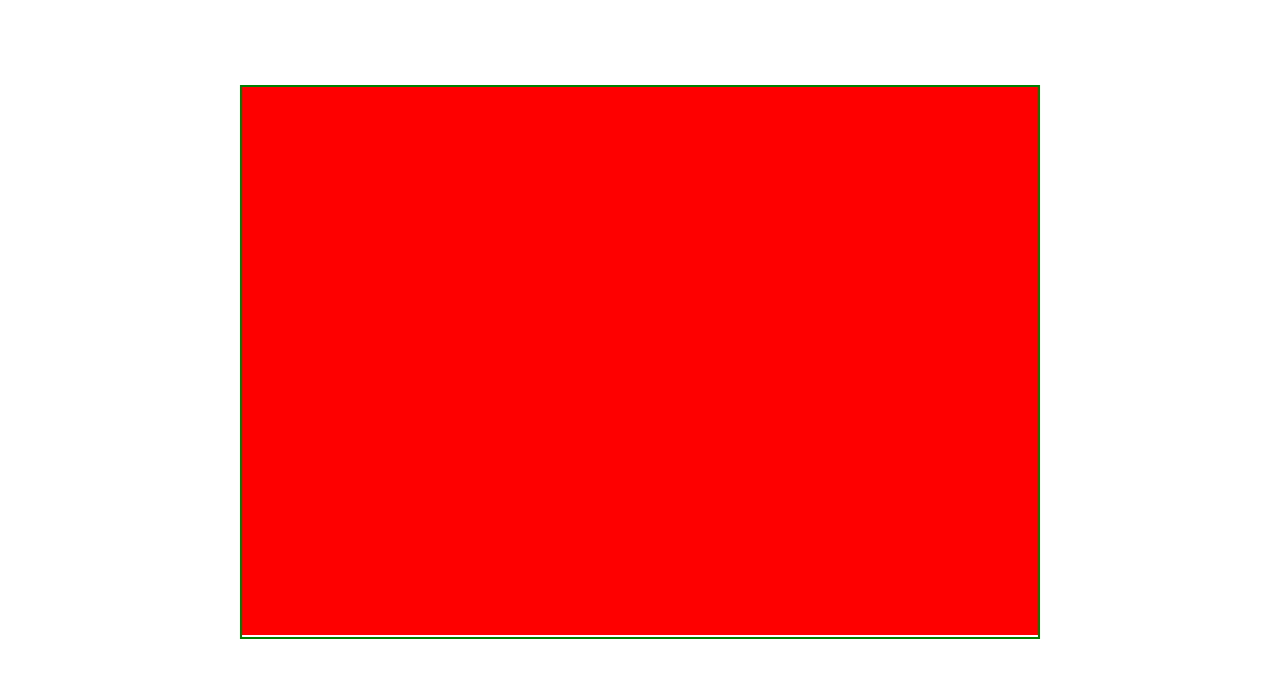
Repository: gyypwrs/css-practice
Page: pull-over/index.html
The author's editor kept a copy of each file at every save. The page is drawn from the files as they stood at one save, then again after the next save.
The browser window is 1280 px wide. The pictures show the whole page.

Above is the page before, as saved 2022-05-16 14:34:09.

### pull-over/index.html
<!--
 * @Descripttion:
 * @version:
 * @Author: Hongyu
 * @Date: 2022-05-14 18:11:46
 * @LastEditors: Hongyu
 * @LastEditTime: 2022-05-16 14:33:29
-->
<!DOCTYPE html>
<html>
  <head>
    <title></title>
    <style type="text/css">
      html,body{
        height: 100%
      }
      body {
        margin: 0;
        padding: 0;
        overflow: hidden;
        display: flex;
      }
      .wrapper {
        width: 800px;
        height: 550px;
        margin: auto;
        background: red;
      }
      .push-line {
        height: 550px;
        /* width: 2px; */
        border: 2px solid green;
        cursor: e-resize;
      }
  </style>
  </head>
  <body>
    <div class="wrapper">
     <div class="push-line" on></div>
    </div>
    <script>
    </script>
  </body>
</html>

After the next save:
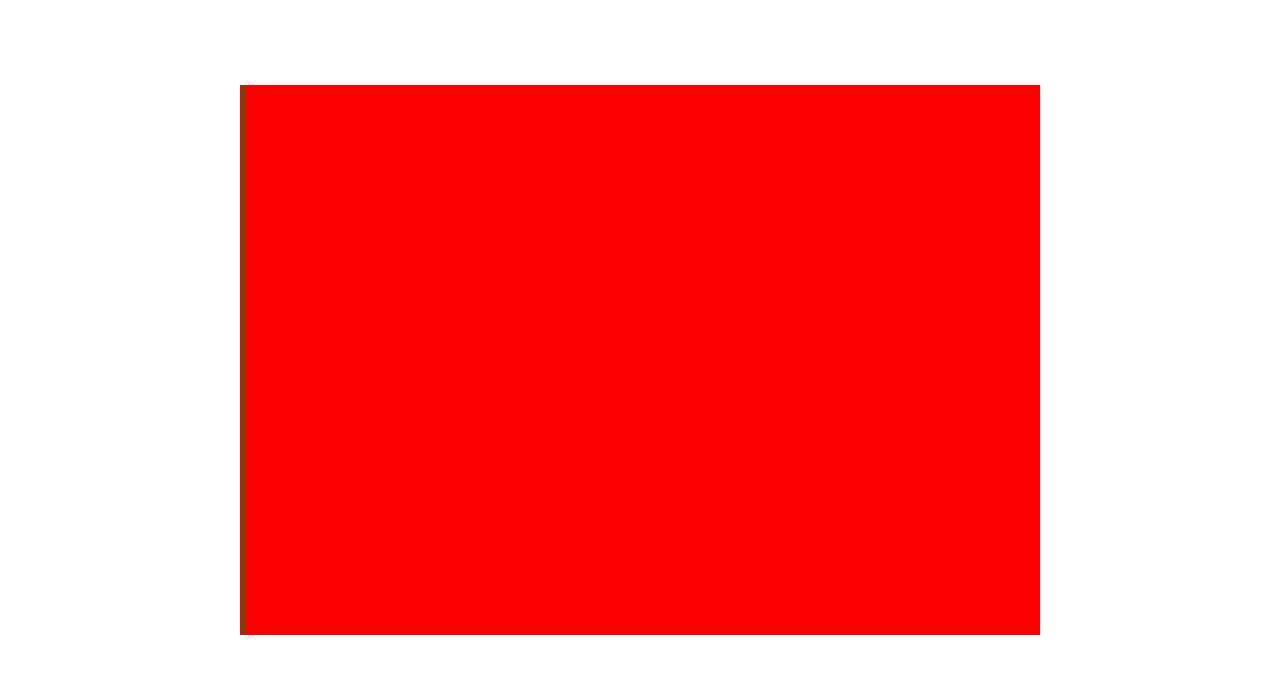
Saved 25 s later.
--- a/pull-over/index.html
+++ b/pull-over/index.html
@@ -4,7 +4,7 @@
  * @Author: Hongyu
  * @Date: 2022-05-14 18:11:46
  * @LastEditors: Hongyu
- * @LastEditTime: 2022-05-16 14:33:29
+ * @LastEditTime: 2022-05-16 14:34:34
 -->
 <!DOCTYPE html>
 <html>
@@ -28,8 +28,8 @@
       }
       .push-line {
         height: 550px;
-        /* width: 2px; */
-        border: 2px solid green;
+        width: 2px;
+        border-right: 2px solid green;
         cursor: e-resize;
       }
   </style>
